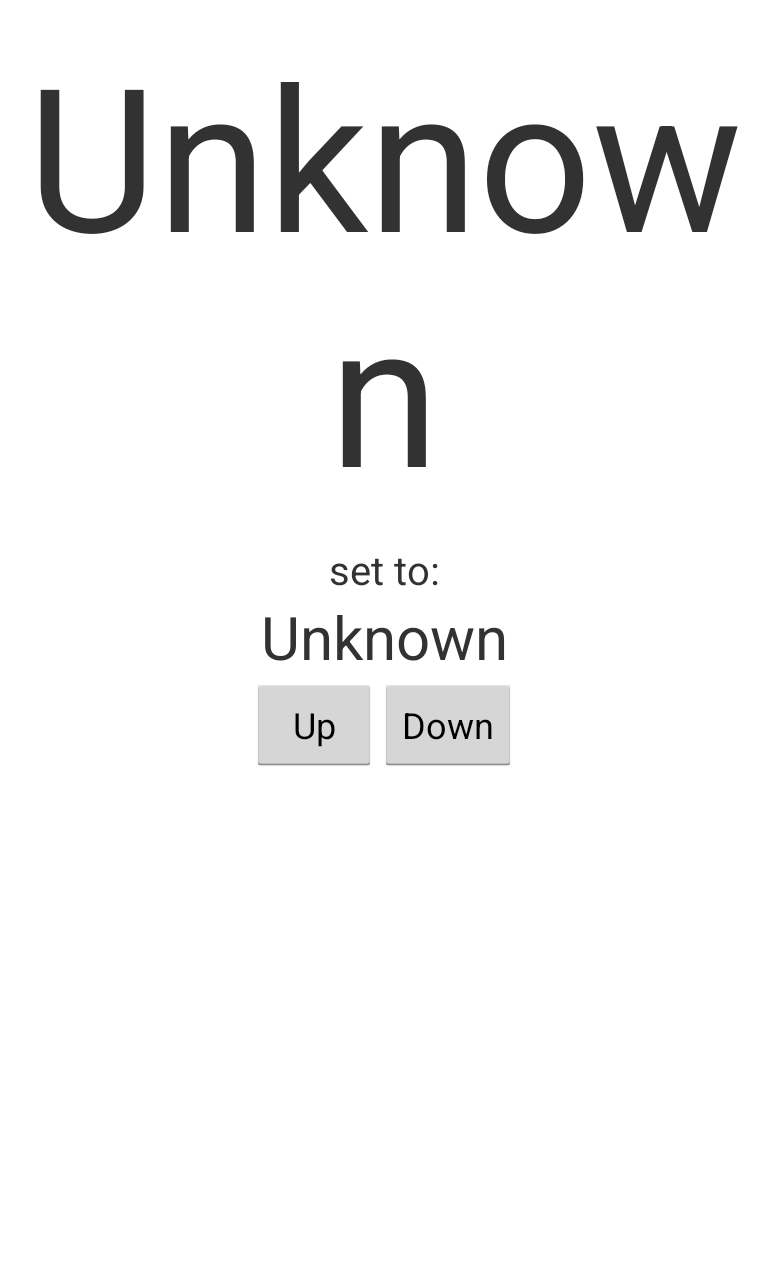
Repository: finerrecliner/SmartVent
Layout: SmartVent/res/layout/activity_room.xml
These files come from the project's save history. The layout is drawn as it stood at one moment and after the next save; the edit follows.
It is drawn on a 768 x 1280 px phone screen (xhdpi) without system bars, with theme AppTheme; the app's code is not run.

Above is the layout before, as saved 2013-11-03 17:47:25.

After the next save:
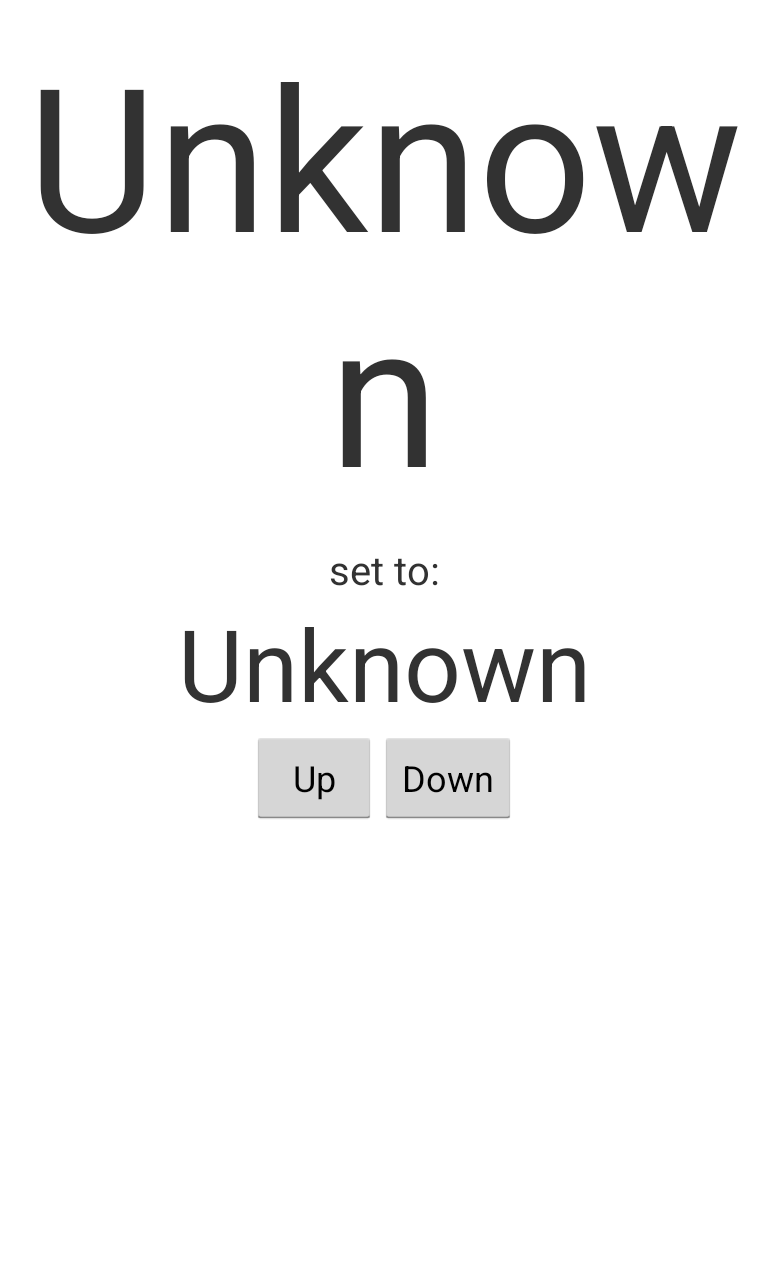
Saved 13 s later.
--- a/SmartVent/res/layout/activity_room.xml
+++ b/SmartVent/res/layout/activity_room.xml
@@ -30,7 +30,7 @@
         android:layout_height="wrap_content"
         android:gravity="center"
         android:text="@string/unknown"
-        android:textSize="30sp" />
+        android:textSize="50sp" />
 
 	<LinearLayout
         android:id="@+id/set_temp_buttons"
